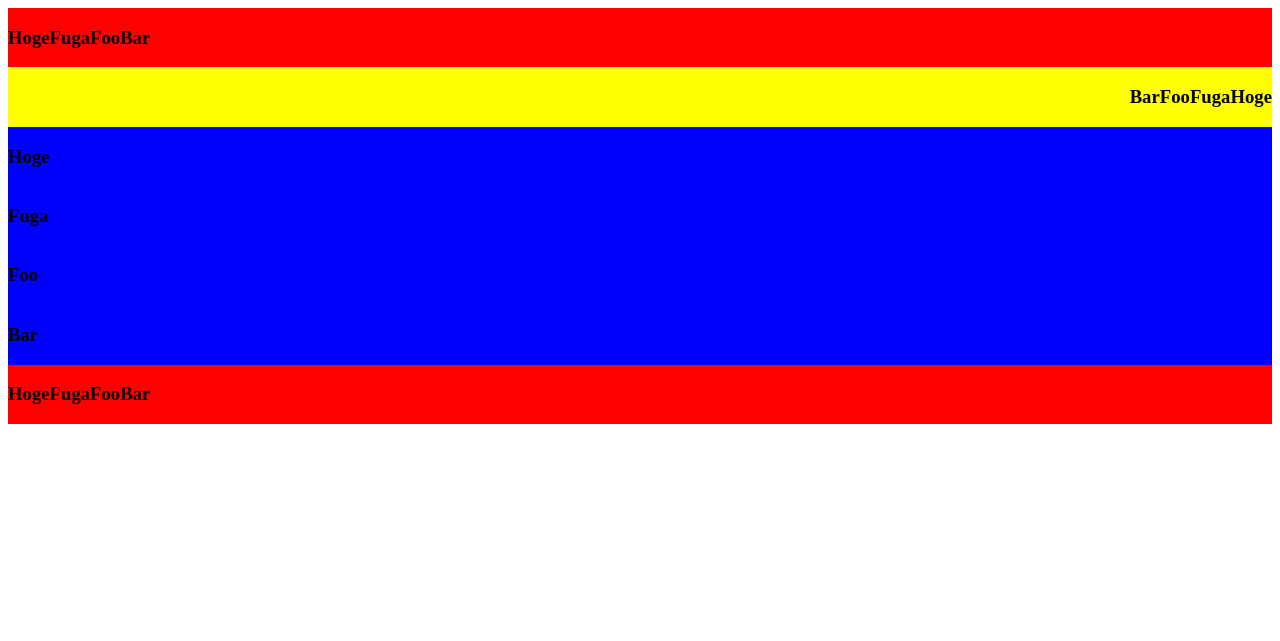
Repository: IzIzKen/samurai_HTML-CSS
Page: HTML CSSを学びWebプログラミングの第一歩を踏み出そう/14章 Flexbox/index.html
The author's editor kept a record of every edit. The page is drawn from the files as they stood at one moment, then again after the next edit.
The browser window is 1280 px wide. The pictures show the whole page.

Above is the page before.

After the next edit:
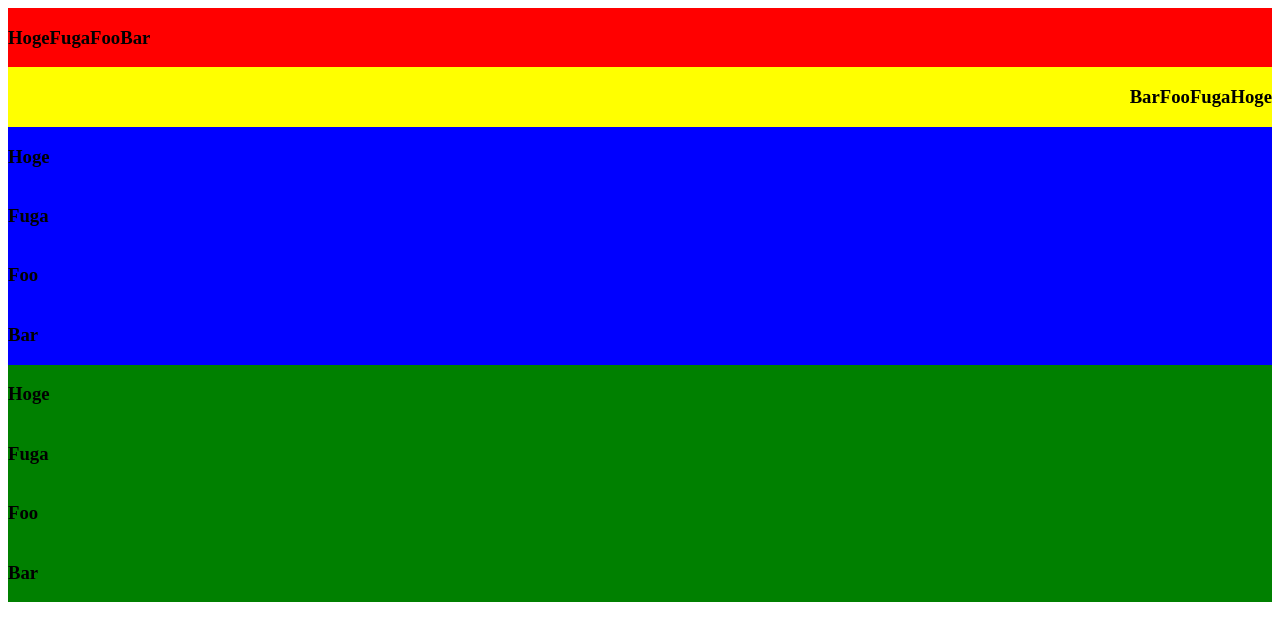
The edit:
--- a/HTML CSSを学びWebプログラミングの第一歩を踏み出そう/14章 Flexbox/index.html
+++ b/HTML CSSを学びWebプログラミングの第一歩を踏み出そう/14章 Flexbox/index.html
@@ -50,7 +50,7 @@
         <h3>Bar</h3>
     </div>
 
-    <div id="sort">
+    <div id="column-reverse">
         <h3>Hoge</h3>
         <h3>Fuga</h3>
         <h3>Foo</h3>
